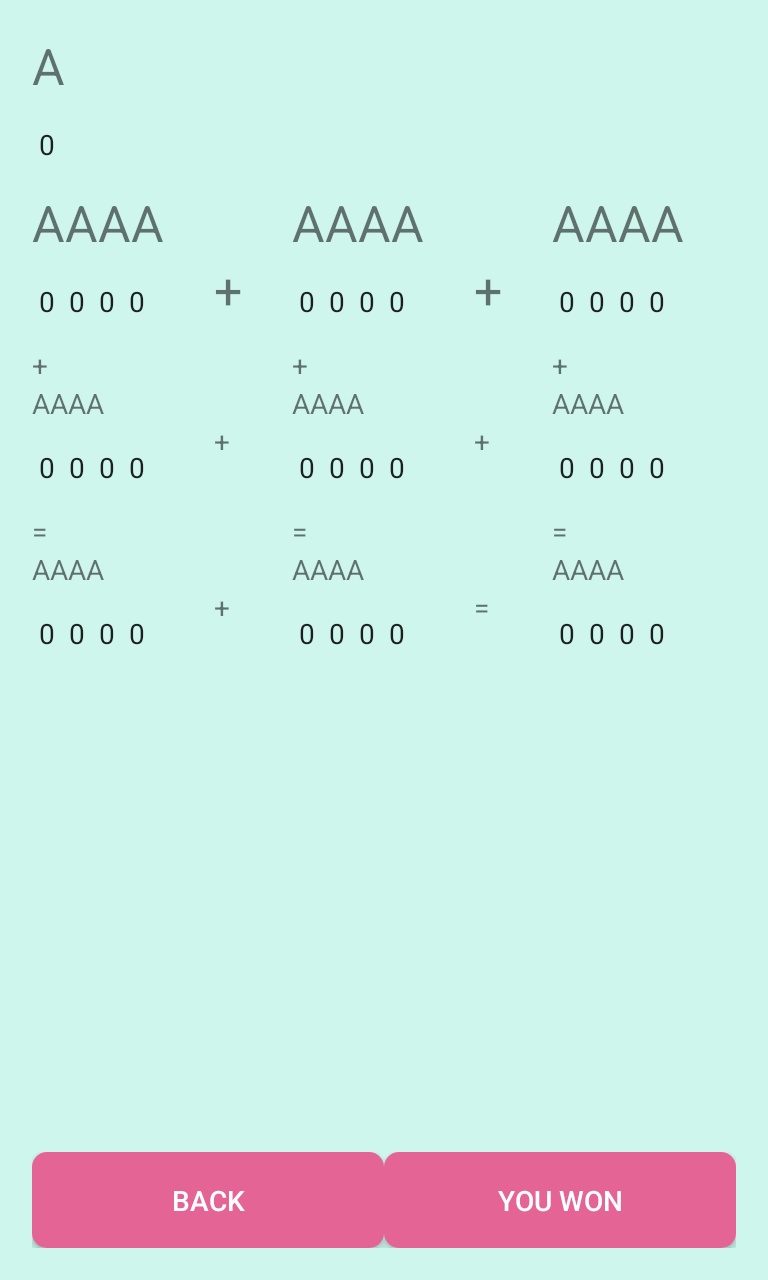
Repository: jelleswester/Breinbreker
Layout: Breinbreker/res/layout/activity_game_play.xml
An editor plug-in stored every save of this project. The layout is shown before and after the next save, followed by the edit.
It is drawn on a 768 x 1280 px phone screen (xhdpi) without system bars, with theme AppTheme; the app's code is not run.

Above is the layout before, as saved 2015-01-23 09:10:26.

### Breinbreker/res/layout/activity_game_play.xml
<RelativeLayout xmlns:android="http://schemas.android.com/apk/res/android"
    xmlns:tools="http://schemas.android.com/tools"
    android:layout_width="match_parent"
    android:layout_height="match_parent"
    android:paddingBottom="@dimen/activity_vertical_margin"
    android:paddingLeft="@dimen/activity_horizontal_margin"
    android:paddingRight="@dimen/activity_horizontal_margin"
    android:paddingTop="@dimen/activity_vertical_margin"
    android:background="#CEF6EC"
    tools:context="nl.mprog.jelleswester.breinbreker.GamePlayActivity" >

    <TableLayout
        android:layout_width="fill_parent"
        android:layout_height="wrap_content"
        android:stretchColumns="*" >

        <TableRow>
            <LinearLayout
                android:layout_width="fill_parent"
                android:layout_height="wrap_content"
                android:layout_weight="1"
                android:orientation="vertical">

                <TextView
                    android:layout_width="wrap_content"
                    android:layout_height="wrap_content"
                    android:text="A"
                    android:textSize="25sp" />

                <NumberPicker
			        android:layout_width="30px"
			        android:layout_height="90px" />
            </LinearLayout>
        </TableRow>

	    <TableRow>
	        <TextView
	            android:id="@+id/textView0"
	            android:text="@string/characters"
	            android:layout_width="fill_parent"
	            android:textSize="25sp" />
	        <TextView
	            android:text=""
	            android:layout_width="fill_parent" />
	        <TextView
	            android:id="@+id/textView1"
	            android:text="@string/characters"
	            android:layout_width="fill_parent"
	            android:textSize="25sp" />
	        <TextView
	            android:text=""
	            android:layout_width="fill_parent" />

	        <TextView
	            android:id="@+id/textView2"
	            android:layout_width="fill_parent"
	            android:text="@string/characters"
	            android:textSize="25sp" />

	    </TableRow>

	    <TableRow>

	       <LinearLayout
	            android:layout_width="fill_parent"
        		android:layout_height="wrap_content"
        		android:orientation="horizontal">

	            <NumberPicker
			        android:id="@+id/numberPicker0_0"
			        android:layout_width="30px"
			        android:layout_height="90px" />
	            <NumberPicker
			        android:id="@+id/numberPicker0_1"
			        android:layout_width="30px"
			        android:layout_height="90px" />
	            <NumberPicker
			        android:id="@+id/numberPicker0_2"
			        android:layout_width="30px"
			        android:layout_height="90px" />
	            <NumberPicker
			        android:id="@+id/numberPicker0_3"
			        android:layout_width="30px"
			        android:layout_height="90px" />
        	</LinearLayout>

	        <TextView
	            android:id="@+id/symbolView0"
	            android:text="@string/symbol"
	            android:layout_width="fill_parent"
	            android:textSize="25sp" />
	        <LinearLayout
	            android:layout_width="fill_parent"
        		android:layout_height="wrap_content"
        		android:orientation="horizontal">

	            <NumberPicker
			        android:id="@+id/numberPicker1_0"
			        android:layout_width="30px"
			        android:layout_height="90px" />
	            <NumberPicker
			        android:id="@+id/numberPicker1_1"
			        android:layout_width="30px"
			        android:layout_height="90px" />
	            <NumberPicker
			        android:id="@+id/numberPicker1_2"
			        android:layout_width="30px"
			        android:layout_height="90px" />
	            <NumberPicker
			        android:id="@+id/numberPicker1_3"
			        android:layout_width="30px"
			        android:layout_height="90px" />
        	</LinearLayout>
	        <TextView
	            android:id="@+id/symbolView1"
	            android:text="@string/symbol"
	            android:layout_width="fill_parent"
	            android:textSize="25sp" />
	        <LinearLayout
	            android:layout_width="fill_parent"
        		android:layout_height="wrap_content"
        		android:orientation="horizontal">

	            <NumberPicker
			        android:id="@+id/numberPicker2_0"
			        android:layout_width="30px"
			        android:layout_height="90px" />
	            <NumberPicker
			        android:id="@+id/numberPicker2_1"
			        android:layout_width="30px"
			        android:layout_height="90px" />
	            <NumberPicker
			        android:id="@+id/numberPicker2_2"
			        android:layout_width="30px"
			        android:layout_height="90px" />
	            <NumberPicker
			        android:id="@+id/numberPicker2_3"
			        android:layout_width="30px"
			        android:layout_height="90px" />
        	</LinearLayout>

	    </TableRow>

	    <TableRow>
	        <TextView
	            android:id="@+id/symbolView2"
	            android:text="@string/symbol"
	            android:layout_width="fill_parent" />
	        <TextView
	            android:text=""
	            android:layout_width="fill_parent" />
	        <TextView
	            android:id="@+id/symbolView3"
	            android:text="@string/symbol"
	            android:layout_width="fill_parent" />
	        <TextView
	            android:text=""
	            android:layout_width="fill_parent" />
	        <TextView
	            android:id="@+id/symbolView4"
	            android:text="@string/symbol"
	            android:layout_width="fill_parent" />

	    </TableRow>

	    <TableRow>
	        <TextView
	            android:id="@+id/textView3"
	            android:text="@string/characters"
	            android:layout_width="fill_parent" />
	        <TextView
	            android:text=""
	            android:layout_width="fill_parent" />
	        <TextView
	            android:id="@+id/textView4"
	            android:text="@string/characters"
	            android:layout_width="fill_parent" />
	        <TextView
	            android:text=""
	            android:layout_width="fill_parent" />
	        <TextView
	            android:id="@+id/textView5"
	            android:text="@string/characters"
	            android:layout_width="fill_parent" />

	    </TableRow>

	    <TableRow>
	        <LinearLayout
	            android:layout_width="fill_parent"
        		android:layout_height="wrap_content"
        		android:orientation="horizontal">

	            <NumberPicker
			        android:id="@+id/numberPicker3_0"
			        android:layout_width="30px"
			        android:layout_height="90px" />
	            <NumberPicker
			        android:id="@+id/numberPicker3_1"
			        android:layout_width="30px"
			        android:layout_height="90px" />
	            <NumberPicker
			        android:id="@+id/numberPicker3_2"
			        android:layout_width="30px"
			        android:layout_height="90px" />
	            <NumberPicker
			        android:id="@+id/numberPicker3_3"
			        android:layout_width="30px"
			        android:layout_height="90px" />
        	</LinearLayout>
	        <TextView
	            android:id="@+id/symbolView5"
	            android:text="@string/symbol"
	            android:layout_width="fill_parent" />
	        <LinearLayout
	            android:layout_width="fill_parent"
        		android:layout_height="wrap_content"
        		android:orientation="horizontal">

	            <NumberPicker
			        android:id="@+id/numberPicker4_0"
			        android:layout_width="30px"
			        android:layout_height="90px" />
	            <NumberPicker
			        android:id="@+id/numberPicker4_1"
			        android:layout_width="30px"
			        android:layout_height="90px" />
	            <NumberPicker
			        android:id="@+id/numberPicker4_2"
			        android:layout_width="30px"
			        android:layout_height="90px" />
	            <NumberPicker
			        android:id="@+id/numberPicker4_3"
			        android:layout_width="30px"
			        android:layout_height="90px" />
        	</LinearLayout>
	        <TextView
	            android:id="@+id/symbolView6"
	            android:text="@string/symbol"
	            android:layout_width="fill_parent" />
	        <LinearLayout
	            android:layout_width="fill_parent"
        		android:layout_height="wrap_content"
        		android:orientation="horizontal">

	            <NumberPicker
			        android:id="@+id/numberPicker5_0"
			        android:layout_width="30px"
			        android:layout_height="90px" />
	            <NumberPicker
			        android:id="@+id/numberPicker5_1"
			        android:layout_width="30px"
			        android:layout_height="90px" />
	            <NumberPicker
			        android:id="@+id/numberPicker5_2"
			        android:layout_width="30px"
			        android:layout_height="90px" />
	            <NumberPicker
			        android:id="@+id/numberPicker5_3"
			        android:layout_width="30px"
			        android:layout_height="90px" />
        	</LinearLayout>

	    </TableRow>

	    <TableRow>
	        <TextView
	            android:id="@+id/symbolView7"
	            android:text="@string/symbol_equal"
	            android:layout_width="fill_parent" />
	        <TextView
	            android:text=""
	            android:layout_width="fill_parent" />
	        <TextView
	            android:id="@+id/symbolView8"
	            android:text="@string/symbol_equal"
	            android:layout_width="fill_parent" />
	        <TextView
	            android:text=""
	            android:layout_width="fill_parent" />
	        <TextView
	            android:id="@+id/symbolView9"
	            android:text="@string/symbol_equal"
	            android:layout_width="fill_parent" />

	    </TableRow>

	    <TableRow>
	        <TextView
	            android:id="@+id/textView6"
	            android:text="@string/characters"
	            android:layout_width="fill_parent" />
	        <TextView
	            android:text=""
	            android:layout_width="fill_parent" />
	        <TextView
	            android:id="@+id/textView7"
	            android:text="@string/characters"
	            android:layout_width="fill_parent" />
	        <TextView
	            android:text=""
	            android:layout_width="fill_parent" />
	        <TextView
	            android:id="@+id/textView8"
	            android:text="@string/characters"
	            android:layout_width="fill_parent" />

	    </TableRow>

	    <TableRow>
	        <LinearLayout
	            android:layout_width="fill_parent"
        		android:layout_height="wrap_content"
        		android:orientation="horizontal">

	            <NumberPicker
			        android:id="@+id/numberPicker6_0"
			        android:layout_width="30px"
			        android:layout_height="90px" />
	            <NumberPicker
			        android:id="@+id/numberPicker6_1"
			        android:layout_width="30px"
			        android:layout_height="90px" />
	            <NumberPicker
			        android:id="@+id/numberPicker6_2"
			        android:layout_width="30px"
			        android:layout_height="90px" />
	            <NumberPicker
			        android:id="@+id/numberPicker6_3"
			        android:layout_width="30px"
			        android:layout_height="90px" />
        	</LinearLayout>
	        <TextView
	            android:id="@+id/symbolView10"
	            android:text="@string/symbol"
	            android:layout_width="fill_parent" />
	        <LinearLayout
	            android:layout_width="fill_parent"
        		android:layout_height="wrap_content"
        		android:orientation="horizontal">

	            <NumberPicker
			        android:id="@+id/numberPicker7_0"
			        android:layout_width="30px"
			        android:layout_height="90px" />
	            <NumberPicker
			        android:id="@+id/numberPicker7_1"
			        android:layout_width="30px"
			        android:layout_height="90px" />
	            <NumberPicker
			        android:id="@+id/numberPicker7_2"
			        android:layout_width="30px"
			        android:layout_height="90px" />
	            <NumberPicker
			        android:id="@+id/numberPicker7_3"
			        android:layout_width="30px"
			        android:layout_height="90px" />
        	</LinearLayout>
	        <TextView
	            android:id="@+id/symbolView11"
	            android:text="@string/symbol_equal"
	            android:layout_width="fill_parent" />
	        <LinearLayout
	            android:layout_width="fill_parent"
        		android:layout_height="wrap_content"
        		android:orientation="horizontal">

	            <NumberPicker
			        android:id="@+id/numberPicker8_0"
			        android:layout_width="30px"
			        android:layout_height="90px" />
	            <NumberPicker
			        android:id="@+id/numberPicker8_1"
			        android:layout_width="30px"
			        android:layout_height="90px" />
	            <NumberPicker
			        android:id="@+id/numberPicker8_2"
			        android:layout_width="30px"
			        android:layout_height="90px" />
	            <NumberPicker
			        android:id="@+id/numberPicker8_3"
			        android:layout_width="30px"
			        android:layout_height="90px" />
        	</LinearLayout>

	    </TableRow>

	</TableLayout>

    <LinearLayout
        android:layout_width="fill_parent"
        android:layout_height="wrap_content"
        android:layout_alignParentBottom="true"
        android:layout_centerHorizontal="true" >

		<Button
		    android:id="@+id/backButton"
		    android:layout_width="fill_parent"
		    android:layout_height="wrap_content"
		    android:layout_weight="1"
		    android:text="@string/back"
		    android:background="@drawable/button_shape"
        	android:textColor="@color/white"
		    android:onClick="backButton" />

		<Button
		    android:id="@+id/youWonButton"
		    android:layout_width="fill_parent"
		    android:layout_height="wrap_content"
		    android:layout_weight="1"
		    android:text="@string/you_won"
		    android:background="@drawable/button_shape"
        	android:textColor="@color/white"
		    android:onClick="youWonButton" />

    </LinearLayout>

</RelativeLayout>

### Breinbreker/res/values/strings.xml
<?xml version="1.0" encoding="utf-8"?>
<resources>

    <string name="app_name">Breinbreker</string>
    <string name="hello_world">Hello world!</string>
    <string name="action_settings">Settings</string>
    <string name="title_activity_game_play">GamePlay</string>
    <string name="title_activity_high_score">HighScore</string>
    <string name="title_activity_you_won">YouWon</string>
    <string name="brein_breker">Breinbreker</string>
    <string name="start_game">START</string>
    <string name="high_score">High Score</string>
    <string name="back">Back</string>
    <string name="confirm">Confirm</string>
    <string name="you_won">You Won</string>
    <string name="congratulations">Congratulations!</string>
    <string name="high_score_entry">Please enter your name for your high score:</string>
    <string name="example_name">Bob</string>
    <string name="example_high_score">1.    Bob               03:59:15</string>
    <string name="characters">AAAA</string>
    <string name="symbol">+</string>
    <string name="symbol_equal">=</string>
    <string name="text">1234</string>
    <string name="continue_game">Continue Game</string>
    <string name="new_game">New Game</string>


</resources>

### Breinbreker/res/drawable-hdpi/button_shape.xml
<?xml version="1.0" encoding="UTF-8"?>
<shape
    xmlns:android="http://schemas.android.com/apk/res/android">
    <stroke
        android:width="1dp"
        android:color="#E46495"/>
    <corners
        android:radius="7dp" />

    <padding
        android:left="1dp"
        android:right="1dp"
        android:top="1dp"
        android:bottom="1dp"/>

    <solid android:color="#E46495"/>

</shape>

### Breinbreker/res/values/color.xml
<?xml version="1.0" encoding="utf-8"?>
<resources>
    <item name="white" type="color">#FFFFFF</item>
</resources>

Loaded but not shown: Breinbreker/res/values/styles.xml (common file); Breinbreker/res/values-v11/styles.xml (common file); Breinbreker/res/values-v14/styles.xml (common file); Breinbreker/res/values/dimens.xml (common file); Breinbreker/res/values-w820dp/dimens.xml (common file)

After the next save:
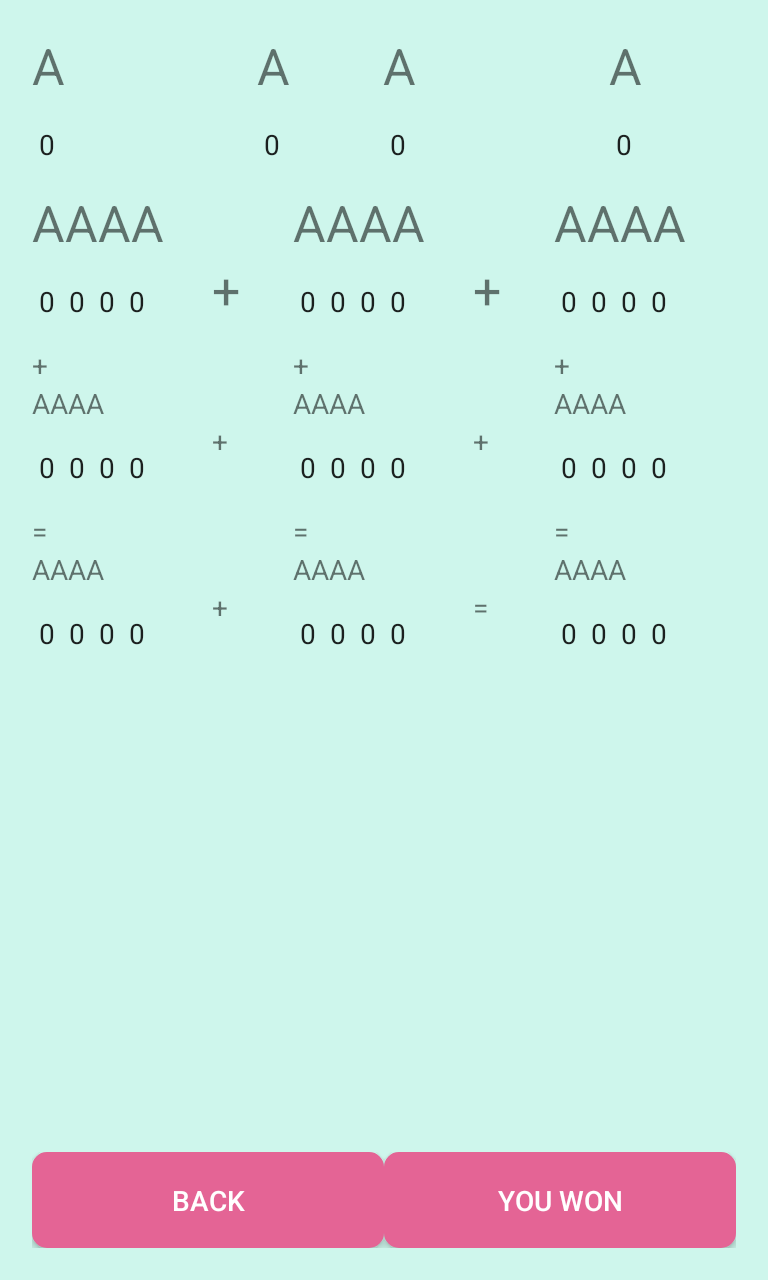
Saved 45 s later.
--- a/Breinbreker/res/layout/activity_game_play.xml
+++ b/Breinbreker/res/layout/activity_game_play.xml
@@ -31,6 +31,54 @@
 			        android:layout_width="30px"
 			        android:layout_height="90px" />
             </LinearLayout>
+            <LinearLayout
+                android:layout_width="fill_parent"
+                android:layout_height="wrap_content"
+                android:layout_weight="1"
+                android:orientation="vertical">
+
+                <TextView
+                    android:layout_width="wrap_content"
+                    android:layout_height="wrap_content"
+                    android:text="A"
+                    android:textSize="25sp" />
+
+                <NumberPicker
+			        android:layout_width="30px"
+			        android:layout_height="90px" />
+            </LinearLayout>
+            <LinearLayout
+                android:layout_width="fill_parent"
+                android:layout_height="wrap_content"
+                android:layout_weight="1"
+                android:orientation="vertical">
+
+                <TextView
+                    android:layout_width="wrap_content"
+                    android:layout_height="wrap_content"
+                    android:text="A"
+                    android:textSize="25sp" />
+
+                <NumberPicker
+			        android:layout_width="30px"
+			        android:layout_height="90px" />
+            </LinearLayout>
+            <LinearLayout
+                android:layout_width="fill_parent"
+                android:layout_height="wrap_content"
+                android:layout_weight="1"
+                android:orientation="vertical">
+
+                <TextView
+                    android:layout_width="wrap_content"
+                    android:layout_height="wrap_content"
+                    android:text="A"
+                    android:textSize="25sp" />
+
+                <NumberPicker
+			        android:layout_width="30px"
+			        android:layout_height="90px" />
+            </LinearLayout>
         </TableRow>
 
 	    <TableRow>
